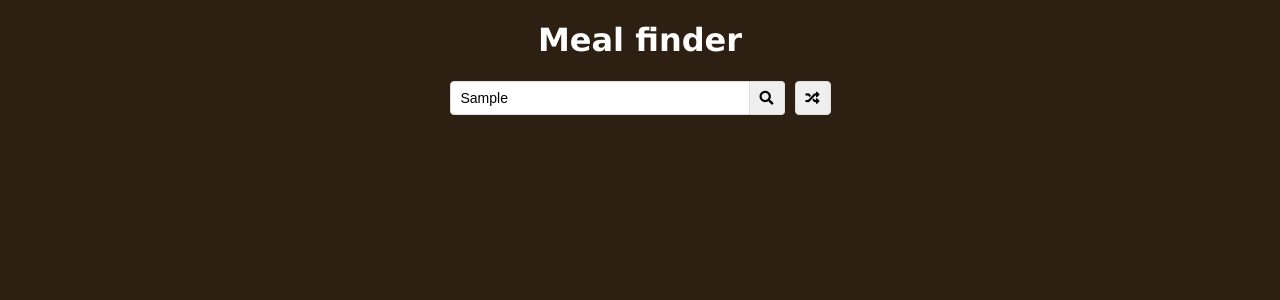
Repository: atko87/meal-finder
Page: index.html
The author's editor kept a copy of each file at every save. The page is drawn from the files as they stood at one save, then again after the next save.
The browser window is 1280 px wide. The pictures show the whole page.
Empty fields were first filled with sample values (such as "Sample", 5 or name@example.com).
After loading, the first visible `#submit` was submitted once.
The page's requests for data from a server got no answer. Some web libraries are served in a nearby version.

Above is the page before, as saved 2020-04-21 21:33:56.

### index.html
<!DOCTYPE html>
<html lang="en">
  <head>
    <meta charset="UTF-8" />
    <meta name="viewport" content="width=device-width, initial-scale=1.0" />
    <title>Meal Finder</title>
    <link
      rel="stylesheet"
      href="https://cdnjs.cloudflare.com/ajax/libs/font-awesome/5.10.2/css/all.min.css"
    />
    <link rel="stylesheet" href="style.css" />
  </head>
  <body>
    <div class="container">
      <h1>Meal finder</h1>
      <div class="flex">
        <form class="flex" id="submit">
          <input
            type="text"
            id="search"
            placeholder="Search for meals or keywords"
          />
          <button class="search-btn" type="submit">
            <i class="fas fa-search"></i>
          </button>
        </form>
        <button class="random-btn" id="random">
          <i class="fas fa-random"></i>
        </button>
      </div>

      <div id="result-heading"></div>
      <div id="meals" class="meals"></div>
      <div id="single-meal"></div>
    </div>

    <script src="script.js"></script>
  </body>
</html>

### style.css
* {
  box-sizing: border-box;
}

body {
  background: #2d2013;
  color: #fff;
  font-family: Verdana, Geneva, Tahoma, sans-serif;
  margin: 0;
}
.container {
  margin: auto;
  max-width: 800px;
  display: flex;
  flex-direction: column;
  align-items: center;
  justify-content: center;
  text-align: center;
}

.flex {
  display: flex;
}

input,
button {
  border: 1px solid #dedede;
  border-top-left-radius: 4px;
  border-bottom-left-radius: 4px;
  font-size: 14px;
  padding: 8px 10px;
  margin: 0;
}

input[type="text"] {
  width: 300px;
}

.search-btn {
  cursor: pointer;
  border-left: 0;
  border-radius: 0;
  border-top-right-radius: 4px;
  border-bottom-right-radius: 4px;
}
.random-btn {
  cursor: pointer;
  margin-left: 10px;
  border-top-right-radius: 4px;
  border-bottom-right-radius: 4px;
}

.single-meal {
  margin: 30px auto;
  width: 70%;
}

.single-meal img {
  width: 300px;
  margin: 15px;
  border: 4px #fff solid;
  border-radius: 2px;
}

.single-meal-info {
  margin: 20px;
  padding: 10px;
  border: 2px #e09850 dashed;
  border-radius: 5px;
}

.single-meal p {
  margin: 0;
  letter-spacing: 0.5px;
  line-height: 1.5;
}

.single-meal ul {
  padding-left: 0;
  list-style-type: none;
}

.single-meal ul li {
  border: 1px solid #ededed;
  border-radius: 5px;
  background-color: #fff;
  display: inline-block;
  color: #2d2013;
  font-size: 12px;
  font-weight: bold;
  padding: 5px;
  margin: 0 5px 5px 0;
}

@media (max-width: 800px) {
}
@media (max-width: 700px) {
}
@media (max-width: 500px) {
  input[type="text"] {
    width: 100%;
  }
}

### script.js
const search = document.getElementById("search"),
  submit = document.getElementById("submit"),
  random = document.getElementById("random"),
  mealsEl = document.getElementById("meals"),
  resultHeading = document.getElementById("result-heading"),
  single_mealEl = document.getElementById("single-meal");

//Search meal and fetch from API
function searchMeal(e) {
  e.preventDefault();

  //Clear single meal
  single_mealEl.innerHTML = "";

  //Get search term
  const term = search.value;

  //Check for empty
  if (term.trim()) {
    fetch(`https://www.themealdb.com/api/json/v1/1/search.php?s=${term}`)
      .then((res) => res.json)
      .then((data) => {
        console.log(data);
        resultHeading.innerHTML = `<h2>Search result for '${term}':</h2>`;

        if (data.meals === null) {
          resultHeading.innerHTML = `<p> There are no search result. Try agan!</p>`;
        } else {
          mealsEl.innerHTML = data.meals
            .map(
              (meal) => `<div class="meal">
              <img src="${meal.strMealThumb}" alt="${meal.strMeal}"/>
              <div class="meal-info"data-mealID="${meal.idMeal}">
              <h3>${meal.strMeal}</h3>
              </div>
              </div>`
            )
            .join("");
        }
      });
  } else {
    alert("Pleas enter a search term");
  }
}

// Event listeners

submit.addEventListener("submit", searchMeal);

After the next save:
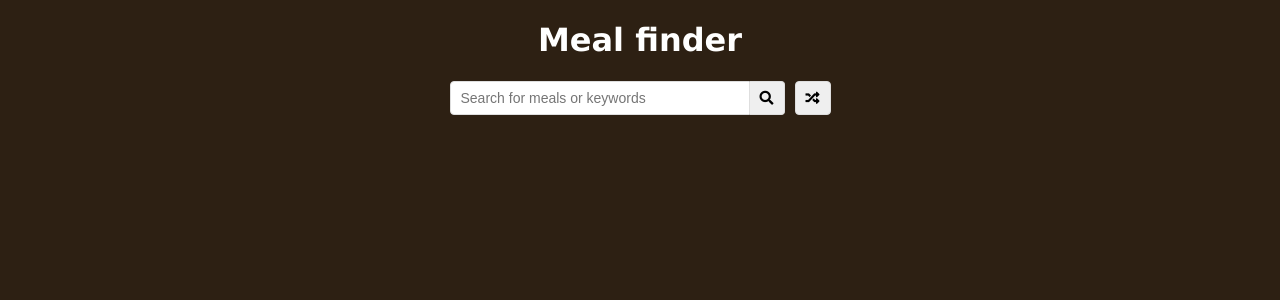
Saved 24 s later.
--- a/script.js
+++ b/script.js
@@ -38,6 +38,8 @@ function searchMeal(e) {
             .join("");
         }
       });
+    //Clear search text
+    search.value = "";
   } else {
     alert("Pleas enter a search term");
   }
